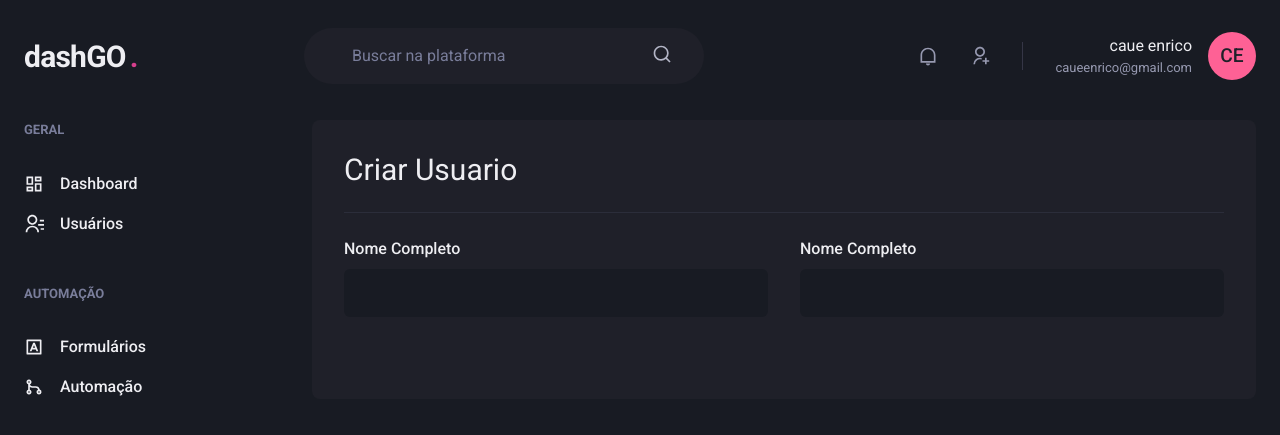
Repository: caueenrico/DashGO
Page: /user/create
The author's editor kept a copy of each file at every save. The page is drawn from the files as they stood at one save, then again after the next save.
The browser window is 1280 px wide. The pictures show the whole page.
The project was rebuilt for these pictures with package versions that can differ from the ones it lists, and the page was loaded fresh each time. The framework's server and built-in components were replaced by stand-ins that run in the browser. Also part of the build but not shown: next.config.js.

Above is the page before, as saved 2023-03-16 16:36:23.

### src/pages/_app.tsx
import { theme } from '@/styles/theme'
import { ChakraProvider } from '@chakra-ui/react'
import type { AppProps } from 'next/app'

export default function App({ Component, pageProps }: AppProps) {
  return (
    <ChakraProvider theme={theme}>
      <Component {...pageProps} />
    </ChakraProvider>

  )
}

### src/pages/_document.tsx
import { Html, Head, Main, NextScript } from 'next/document'

export default function Document() {
  return (
    <Html lang="en">
      <Head>
        <link rel="preconnect" href="https://fonts.googleapis.com"/>
        <link rel="preconnect" href="https://fonts.gstatic.com" />
        <link href="https://fonts.googleapis.com/css2?family=Roboto:wght@400;500;700&display=swap" rel="stylesheet"/>
      </Head>
      <body>
        <Main />
        <NextScript />
      </body>
    </Html>
  )
}

### src/pages/user/create.tsx
import { Input } from "@/components/Form/Input";
import { Header } from "@/components/Header";
import { Pagination } from "@/components/Pagination";
import { SideBar } from "@/components/SideBar";
import { Box, Divider, Flex, Heading, SimpleGrid, VStack } from "@chakra-ui/react";

export default function UserList() {
  return (
    <Box>
      <Header/>

      <Flex w="100%" my="6" maxWidth={1480} mx="auto" px="6" >
        <SideBar />

        <Box flex="1" borderRadius={8} bg="gray.800" p="8">
          <Heading size="lg" fontWeight="normal">Criar Usuario</Heading>

          <Divider my="6" borderColor="gray.700"/>

          <VStack spacing="8">
            <SimpleGrid minChildWidth="240px" spacing="8" w="100%">
              <Input name="name" label="Nome Completo" />
              <Input name="email" type="email" label="Nome Completo" />

            </SimpleGrid>
          </VStack>


        </Box>
      </Flex>
    </Box>
  )
}

### src/components/Form/Input.tsx
import { FormControl, FormLabel, Input as ChakraInput, InputProps as ChakraInputProps } from "@chakra-ui/react";

interface InputProps extends ChakraInputProps{
  name: string;
  label?: string;
}

export function Input({ name, label, ...rest }: InputProps) {
  return (
    <FormControl>
      {!!label && <FormLabel htmlFor={name}>{label}</FormLabel>}
      <ChakraInput
        name={name}
        id={name}
        {...rest} //tenho que fazer para que ele receba as propriedades do InputProps
        focusBorderColor="pink.500"
        bg={"gray.900"}
        variant="filled"
        _hover={{
          bg: "gray.900",
        }}
        size="lg"
      />
    </FormControl>
  );
}

### src/components/Header.tsx
import { Flex, Input, Text, Icon, HStack, Box, Avatar } from "@chakra-ui/react";
import {
  RiSearchLine,
  RiNotificationLine,
  RiUserAddLine,
} from "react-icons/ri";

export function Header() {
  return (
    <Flex
      as="header"
      w="100%"
      maxWidth={1480}
      h="20"
      mx="auto"
      mt="4"
      px="6"
      align="center"
    >
      <Text
        fontSize="3xl"
        fontWeight="bold"
        letterSpacing="tight" //para deixar a letra mais apertada
        w="64"
      >
        dashGO
        <Text as="span" ml="1" color="pink.500">
          .
        </Text>
      </Text>

      <Flex
        as="label"
        flex="1"
        py="4"
        px="8"
        ml="6"
        maxWidth={400}
        alignSelf="center"
        color="gray.200"
        position="relative"
        bg="gray.800"
        borderRadius="full"
      >
        <Input
          color="gray.50"
          variant="unstyled"
          px="4"
          mr="4"
          placeholder="Buscar na plataforma"
          _placeholder={{ color: "gray.400" }}
        />

        <Icon as={RiSearchLine} fontSize="20" />
        {/* tive que fazer isso acima, por uma recomendação do chakra, entao no caso Icon vem do chakra e o RiSearchLine vem do react-icons */}
      </Flex>

      <Flex align="center" ml="auto">
        <HStack
          spacing="8"
          mx="8"
          pr="8"
          py="1"
          color="gray.300"
          borderRightWidth={1}
          borderColor="gray.700"
        >
          <Icon as={RiNotificationLine} fontSize="20" />
          <Icon as={RiUserAddLine} fontSize="20" />
        </HStack>
      </Flex>

      <Flex align="center">

        <Box mr="4" textAlign="right">
          <Text>caue enrico</Text>
          <Text color="gray.300" fontSize="small">
            caueenrico@gmail.com
          </Text>
        </Box>
        <Avatar size="md" name="Caue Enrico" />

      </Flex>
    </Flex>
  );
}

### src/components/SideBar.tsx
import { Box, Link, Stack, Text, Icon } from "@chakra-ui/react";
import { RiDashboardLine, RiContactsLine, RiInputMethodLine, RiGitMergeLine } from "react-icons/ri";

export function SideBar() {
  return (
    <Box as="aside" w="64" mr="8">
      <Stack spacing="12" align="flex-start" >
        <Box>
          <Text fontWeight="bold" color="gray.400" fontSize="small">GERAL</Text>
          <Stack spacing="4" mt="8" align="stretch" >
            <Link display="flex" alignItems="center" >
              <Icon as={RiDashboardLine} fontSize="20" />
              <Text ml="4" fontWeight="medium" >Dashboard</Text>
            </Link>
            <Link display="flex" alignItems="center" >
              <Icon as={RiContactsLine} fontSize="20" />
              <Text ml="4" fontWeight="medium" >Usuários</Text>
            </Link>
          </Stack>
        </Box>

        <Box>
          <Text fontWeight="bold" color="gray.400" fontSize="small">AUTOMAÇÃO</Text>
          <Stack spacing="4" mt="8" align="stretch" >
            <Link display="flex" alignItems="center" >
              <Icon as={RiInputMethodLine} fontSize="20" />
              <Text ml="4" fontWeight="medium">Formulários</Text>
            </Link>
            <Link display="flex" alignItems="center" >
              <Icon as={RiGitMergeLine} fontSize="20" />
              <Text ml="4" fontWeight="medium">Automação</Text>
            </Link>
          </Stack>
        </Box>
      </Stack>

    </Box>
  )
}

Loaded but not shown: src/styles/theme.ts (common file)

After the next save:
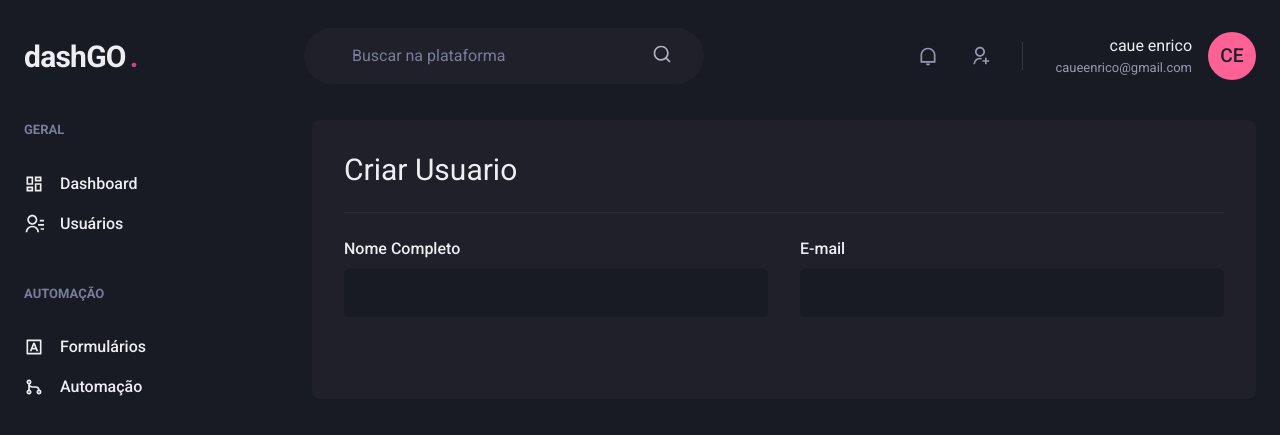
Saved 7 s later.
--- a/src/pages/user/create.tsx
+++ b/src/pages/user/create.tsx
@@ -20,7 +20,7 @@ export default function UserList() {
           <VStack spacing="8">
             <SimpleGrid minChildWidth="240px" spacing="8" w="100%">
               <Input name="name" label="Nome Completo" />
-              <Input name="email" type="email" label="Nome Completo" />
+              <Input name="email" type="email" label="E-mail" />
 
             </SimpleGrid>
           </VStack>
